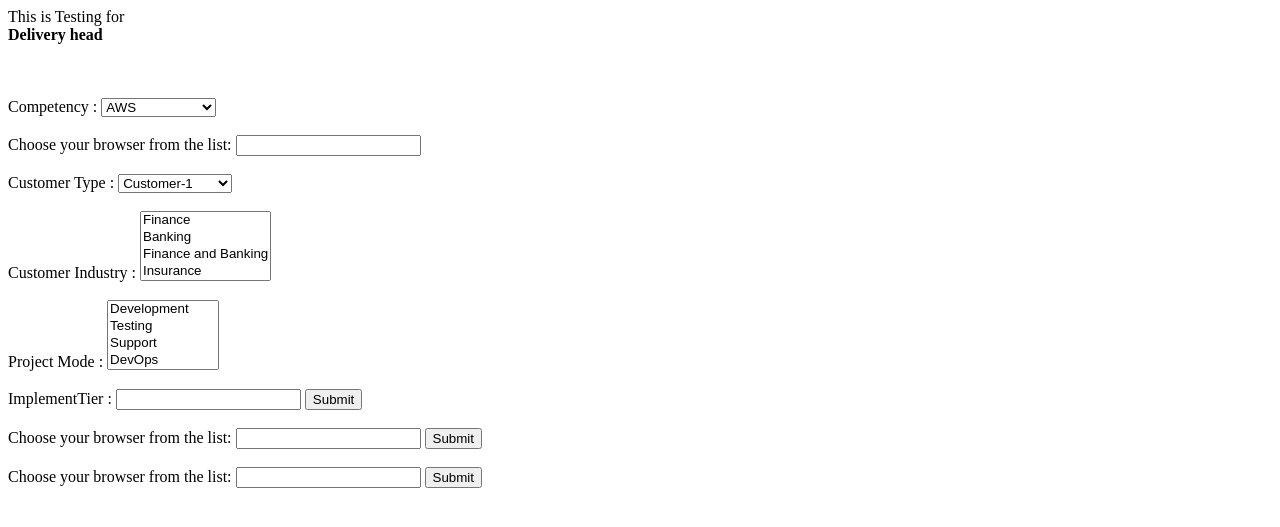
Repository: Perwaiz21/STS
Page: http://localhost/AWS_Web/
These files come from the project's save history. The page is drawn as it stood at one moment and after the next save; the edit follows.
The browser window is 1280 px wide. The pictures show the whole page.
The page is served by Tomcat 9.

Above is the page before, as saved 2021-02-18 10:10:17.

After the next save:
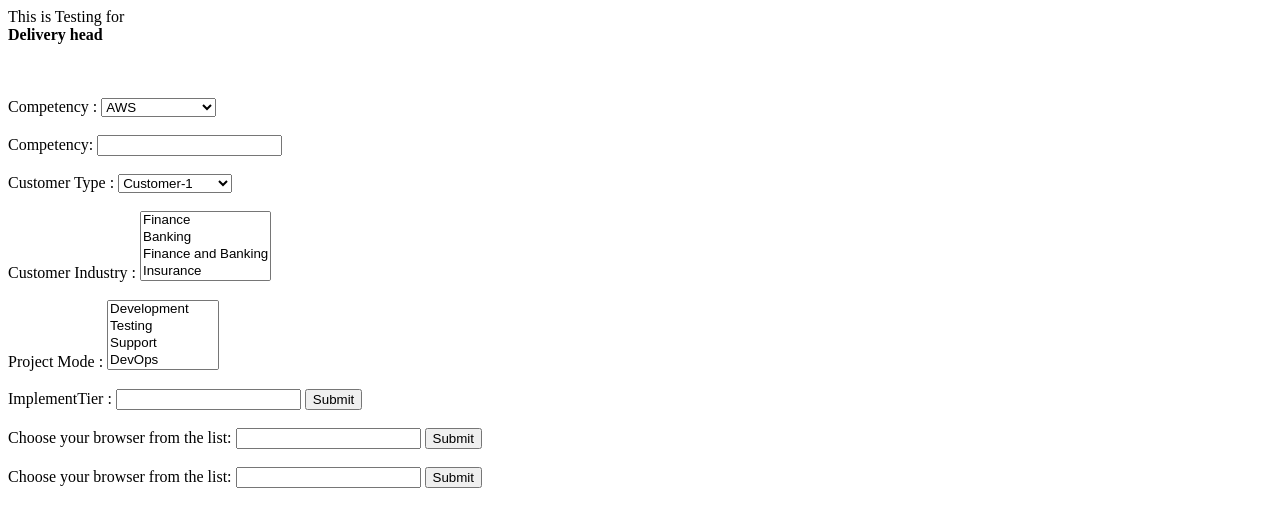
Saved 44 s later.
--- a/AWS_Web/WebContent/index.jsp
+++ b/AWS_Web/WebContent/index.jsp
@@ -19,8 +19,7 @@
 			<option value=".NET Full Stack">.NET Full Stack</option>
 
 		</select> <br><br>
-		<label for="browser">Choose your browser from the
-			list:</label> <input list="browsers" name="browser" id="browser">
+		<label for="Competency">Competency:</label> <input list="browsers" name="browser" id="browser">
 		<datalist id="browsers">
 			<option value="Edge"><option value="Firefox">
 
